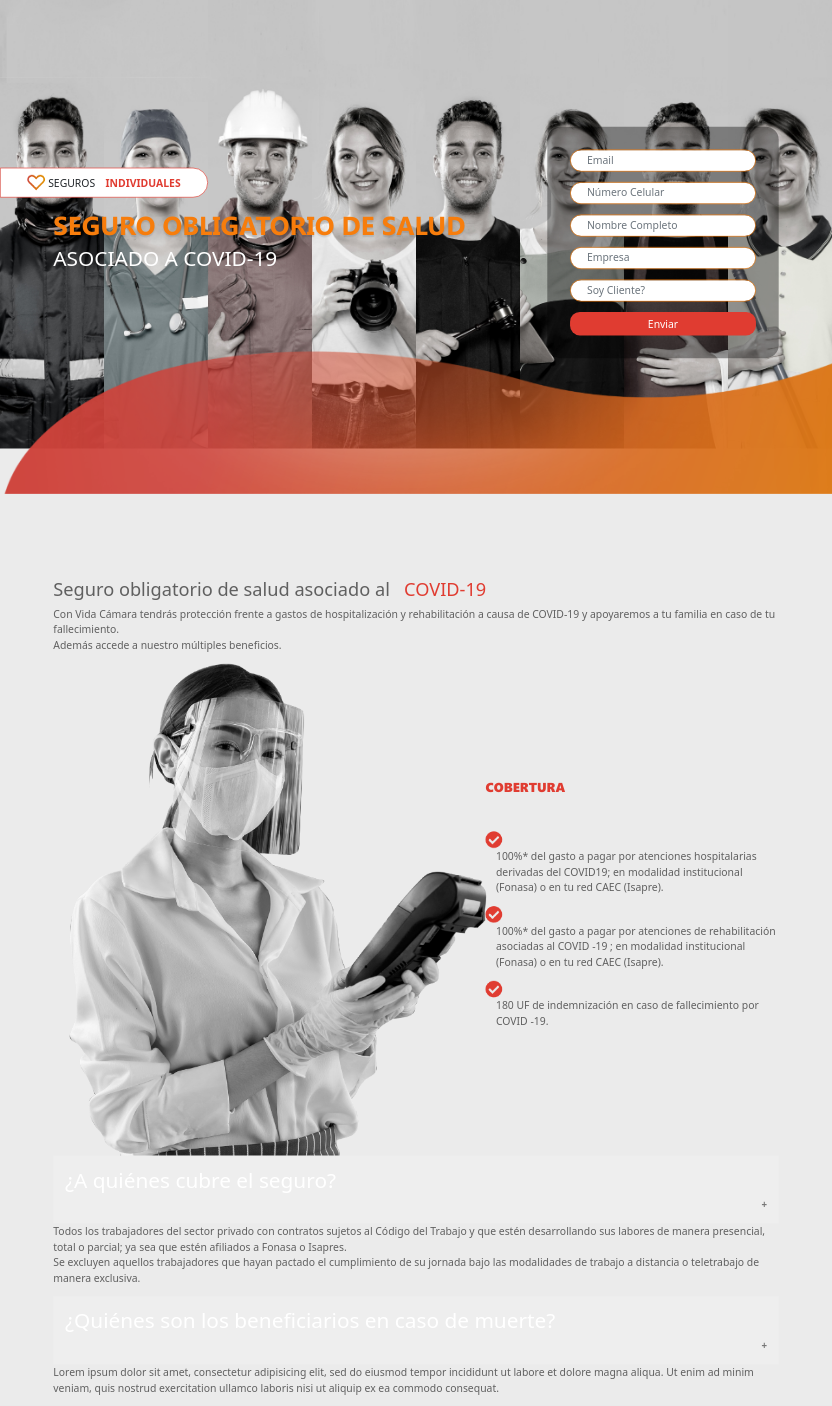
Repository: Darigo30/vidacamara
Page: index.html
The author's editor kept a copy of each file at every save. The page is drawn from the files as they stood at one save, then again after a run of saves.
The browser window is 1280 px wide. The pictures show the whole page, at 65% of full size.
Some web fonts or font styles are not loaded; a fallback is used. Some web libraries are served in a nearby version.

Above is the page before, as saved 2021-07-29 21:23:37.

### index.html
<!DOCTYPE html>
<html lang="es">
  <head>
    <meta charset="UTF-8" />
    <link rel="shortcut icon " type="image/png" href="assets/img/favicon.png" />
    <meta name="viewport" content="width=device-width, initial-scale=1.0" />
    <link rel="stylesheet" href="css/style.css" />
    <title>Vida Cámara</title>
  </head>
  <body>
    <main>
      <nav class="navbar navb">
        <div class="container">
          <a class="navbar-brand" href="#">
            <img src="/assets/img/logo.png" alt="Logo Vida Camara" />
          </a>
        </div>
      </nav>
      <section class="bg-header">
        <div class="seg">
          <img src="assets/img/heart.png" />
          <div class="ms-1 text-uppercase">Seguros</div>
          <div class="ms-3 text-uppercase fw-bold">
            <span>Individuales</span>
          </div>
        </div>
        <div class="container">
          <div class="row cont-form-text">
            <div class="col-8 d-flex flex-column justify-content-center">
              <h1>Seguro obligatorio de salud</h1>
              <h2 class="text-uppercase">Asociado a COVID-19</h2>
            </div>
            <div class="col-4">
              <div class="form">
                <div class="mb-3">
                  <input
                    type="email"
                    class="form-control rounded-pill br-f"
                    id="exampleFormControlInput1"
                    placeholder="Email"
                  />
                </div>
                <div class="mb-3">
                  <input
                    type="email"
                    class="form-control rounded-pill br-f"
                    id="exampleFormControlInput1"
                    placeholder="Número Celular"
                  />
                </div>
                <div class="mb-3">
                  <input
                    type="email"
                    class="form-control rounded-pill br-f"
                    id="exampleFormControlInput1"
                    placeholder="Nombre Completo"
                  />
                </div>
                <div class="mb-3">
                  <input
                    type="email"
                    class="form-control rounded-pill br-f"
                    id="exampleFormControlInput1"
                    placeholder="Empresa"
                  />
                </div>
                <div class="mb-3">
                  <input
                    type="email"
                    class="form-control rounded-pill br-f"
                    id="exampleFormControlInput1"
                    placeholder="Soy Cliente?"
                  />
                </div>
                <button class="btn btn-primary btn-grande">Enviar</button>
              </div>
            </div>
          </div>
        </div>
      </section>
      <section>
        <!-- <div class="mascara"></div> -->
        <div class="container">
            <div class="row">
                <div class="col-12">
                    <div class="seguro">
                        <h3 class="seguro__titulo">
                            Seguro obligatorio de salud asociado al &nbsp;
                            <span class="seguro__titulo seguro__titulo--covid">COVID-19</span>
                        </h3>
                        <p class="seguro__texto">
                            Con Vida Cámara tendrás protección frente a gastos de
                            hospitalización y rehabilitación a causa de COVID-19 y
                            apoyaremos a tu familia en caso de tu fallecimiento. <br />
                            Además accede a nuestro múltiples beneficios.
                        </p>
                    </div>
                </div>
            </div>
            <div class="row seguro-seccion">
                <div class="col-7">
                    <img class="seguro-seccion__img-mujer" src="assets/img/mujer.png" />
                </div>
                <div class="col-5 d-flex flex-column justify-content-center">
                    <h5 class="text-uppercase pb-5"><span>Cobertura</span></h5>
                    <div class="seguro-seccion__icon-txt-cober">
                        <img src="assets/img/check.png" />
                        <p class="ps-3">
                            100%* del gasto a pagar por atenciones hospitalarias derivadas
                            del COVID19; en modalidad institucional (Fonasa) o en tu red
                            CAEC (Isapre).
                        </p>
                    </div>
                    <div class="seguro-seccion__icon-txt-cober">
                        <img src="assets/img/check.png" />
                        <p class="ps-3">
                            100%* del gasto a pagar por atenciones de rehabilitación
                            asociadas al COVID -19 ; en modalidad institucional (Fonasa) o
                            en tu red CAEC (Isapre).
                        </p>
                    </div>
                    <div class="seguro-seccion__icon-txt-cober">
                        <img src="assets/img/check.png" />
                        <p class="ps-3">
                            180 UF de indemnización en caso de fallecimiento por COVID
                            -19.
                        </p>
                    </div>
                </div>
            </div>
        </div>
      </section>
      <!--Acordion informativo -->
      <section class="accoo-inf">
        <div class="container">
          <div class="row">
            <div class="col-12">
              <button class="accordion"><h2>¿A quiénes cubre el seguro?</h2></button>
              <div class="accordion__panel">
                <p>
                  Todos los trabajadores del sector privado con contratos
                  sujetos al Código del Trabajo y que estén desarrollando sus
                  labores de manera presencial, total o parcial; ya sea que
                  estén afiliados a Fonasa o Isapres.
                  <br />
                  Se excluyen aquellos trabajadores que hayan pactado el
                  cumplimiento de su jornada bajo las modalidades de trabajo a
                  distancia o teletrabajo de manera exclusiva.
                </p>
              </div>
              <button class="accordion"><h2>¿Quiénes son los beneficiarios en caso de muerte?</h2></button>
              <div class="accordion__panel">
                <p>
                  Lorem ipsum dolor sit amet, consectetur adipisicing elit, sed
                  do eiusmod tempor incididunt ut labore et dolore magna aliqua.
                  Ut enim ad minim veniam, quis nostrud exercitation ullamco
                  laboris nisi ut aliquip ex ea commodo consequat.
                </p>
              </div>
            </div>
          </div>
        </div>
      </section>
    </main>

    <link
      href="https://cdn.jsdelivr.net/npm/bootstrap@5.0.0-beta2/dist/css/bootstrap.min.css"
      rel="stylesheet"
      integrity="sha384-BmbxuPwQa2lc/FVzBcNJ7UAyJxM6wuqIj61tLrc4wSX0szH/Ev+nYRRuWlolflfl"
      crossorigin="anonymous"
    />
    <script
      src="https://cdn.jsdelivr.net/npm/bootstrap@5.0.0-beta2/dist/js/bootstrap.min.js"
      integrity="sha384-nsg8ua9HAw1y0W1btsyWgBklPnCUAFLuTMS2G72MMONqmOymq585AcH49TLBQObG"
      crossorigin="anonymous"
    ></script>
    <script
      src="https://cdn.jsdelivr.net/npm/@popperjs/core@2.6.0/dist/umd/popper.min.js"
      integrity="sha384-KsvD1yqQ1/1+IA7gi3P0tyJcT3vR+NdBTt13hSJ2lnve8agRGXTTyNaBYmCR/Nwi"
      crossorigin="anonymous"
    ></script>
    <script
      src="https://code.jquery.com/jquery-3.5.1.min.js"
      integrity="sha256-9/aliU8dGd2tb6OSsuzixeV4y/faTqgFtohetphbbj0="
      crossorigin="anonymous"
    ></script>

    <!--Mi script-->
    <script src="js/custom.js"></script>
  </body>
</html>

### css/style.css
:root{
    --body-color: #EBEBEB;
    --color-orange: #F77D0C;
    --color-white: #FFFFFF;
    --color-grey: #606060;
    --color-red: #E03C31;
    --color-par: #606060;
}
@font-face {
    font-family: 'Segoe UI Regular';
    font-style: normal;
    font-weight: normal;
    src: local('Segoe UI Regular'), url('/assets/fonts/UI.woff') format('woff');
}
@font-face {
    font-family: 'Segoe UI Bold';
    font-style: normal;
    font-weight: normal;
    src: local('Segoe UI Bold'), url('/assets/fonts/Segoe UI Bold.woff') format('woff');
}
@font-face {
    font-family: 'Segoe UI Black';
    font-style: normal;
    font-weight: normal;
    src: local('Segoe UI Black'), url('/assets/fonts/seguibl.woff') format('woff');
}

/*Basics*/

body{
    box-sizing: border-box;
    font-family: 'Segoe UI Regular';
    padding: 0;
    margin: 0;
    font-size: 15px;
    color: var(--color-par);
    background: var(--body-color)!important;
}
h1{
    font-size: 56px;
    color: var(--color-orange);
    text-shadow: 0px 2px 2px rgba(0, 0, 0, 0.1);
    font-family: 'Segoe UI Black';
    font-family: 'Segoe UI Bold';
    text-transform: uppercase;
}
h2{
    font-size: 41px;
    color: var(--color-white);
}
h3{
    font-size: 40px;
    color: var(--color-grey);
}
h4{
    font-size: 30px;
}
h5{
    font-size: 26px;
    font-family: 'Segoe UI Black';
}
span{
    color: var(--color-red);
}
p{
    color: var(--color-par);
}
/*Header + Banner*/

.navbar.navb {
    position: absolute;
    width: 100%;
    margin-top: 25px;
}
.bg-header{
    background: url(/assets/img/bg-header.jpg) center no-repeat;
    background-size: cover;
    height: 690px;
    display: flex;
    align-items: center;
    position: relative;
}
.form {
    background: #00000061;
    padding: 35px;
    border-radius: 20px;
}
.form-control.br-f {
   border: 1px solid var(--color-orange);
   padding: 3px 25px 5px;
}
.btn.btn-grande{
    background: var(--color-red);
    border: none;
    width: 100%;
    border-radius: 15px;
}
.row.cont-form-text{
    margin-top: 5%;
}
.seg {
    background: white;
    width: 25%;
    position: absolute;
    top: 30%;
    display: flex;
    justify-content: center;
    padding: 10px 10px;
    border-top-right-radius: 25px;
    border-bottom-right-radius: 25px;
    border: 1px solid var(--color-red);
    margin-top: 4%;
}
.bg-header::before{
    content: '';
    background: url(/assets/img/onda.png) bottom no-repeat;
    background-size: auto;
    background-size: auto;
    background-size: 100%;
    position: absolute;
    width: 100%;
    height: 35%;
    z-index: 0;
    bottom: -70px;
}
/*Seccion seguro obligatorio*/

.seguro{
    margin-top: 200px;
}
.icon-txt-cober {
    display: flex;
    align-items: start;
}
.mascara{
    position: absolute;
    bottom: -30px;
    background: url(/assets/img/mascara2.png);
    background-size: auto;
    background-size: 100% 110px;
    width: 100%;
    height: 110px;
    z-index: 9;
}
.convi{
    padding: 0 300px;
}
.img-mujer{
    width: 80%;
}
.accordion {
    background-color: #eee;
    color: #444;
    cursor: pointer;
    padding: 18px;
    width: 100%;
    border: none;
    text-align: left;
    outline: none;
    font-size: 15px;
    transition: 0.4s;
  }

  .active, .accordion:hover {
    background-color: #ccc;
  }

  .accordion:after {
    content: '\002B';
    color: #777;
    font-weight: bold;
    float: right;
    margin-left: 5px;
  }

  .active:after {
    content: "\2212";
  }

  .panel {
    padding: 0 18px;
    background-color: white;
    max-height: 0;
    overflow: hidden;
    transition: max-height 0.2s ease-out;
  }

### js/custom.js
var accordion = document.getElementsByClassName("accordion");
var i;

for (i = 0; i < accordion.length; i++) {
  accordion[i].addEventListener("click", function() {
    this.classList.toggle("active");
    var panel = this.nextElementSibling;
    if (panel.style.maxHeight) {
      panel.style.maxHeight = null;
    } else {
      panel.style.maxHeight = panel.scrollHeight + "px";
    }
  });
}

After the next 2 saves:
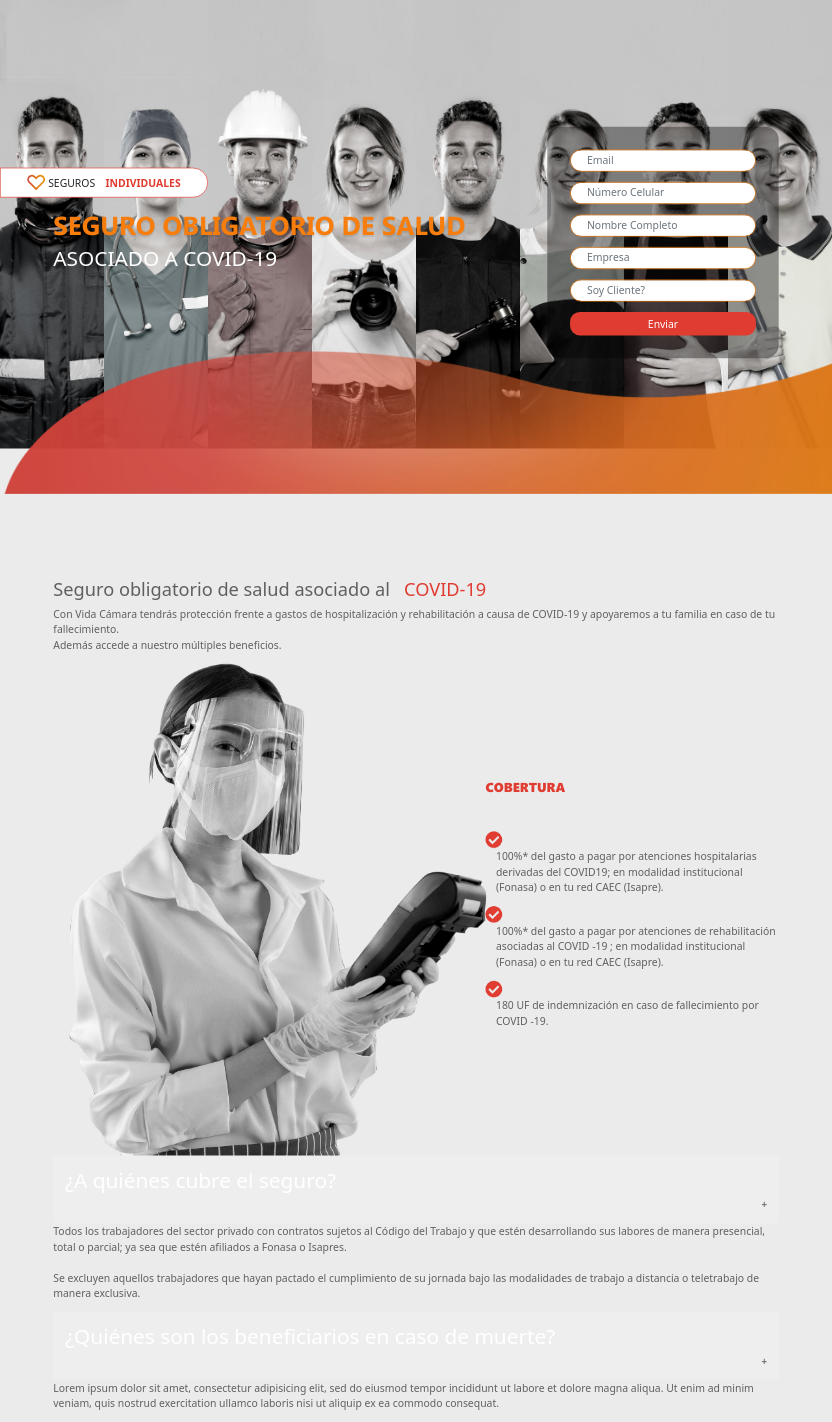
The 2 saves are shown as one change because they came seconds apart.
The last was saved 40 s later.
--- a/index.html
+++ b/index.html
@@ -142,7 +142,7 @@
                   sujetos al Código del Trabajo y que estén desarrollando sus
                   labores de manera presencial, total o parcial; ya sea que
                   estén afiliados a Fonasa o Isapres.
-                  <br />
+                  <br><br>
                   Se excluyen aquellos trabajadores que hayan pactado el
                   cumplimiento de su jornada bajo las modalidades de trabajo a
                   distancia o teletrabajo de manera exclusiva.
